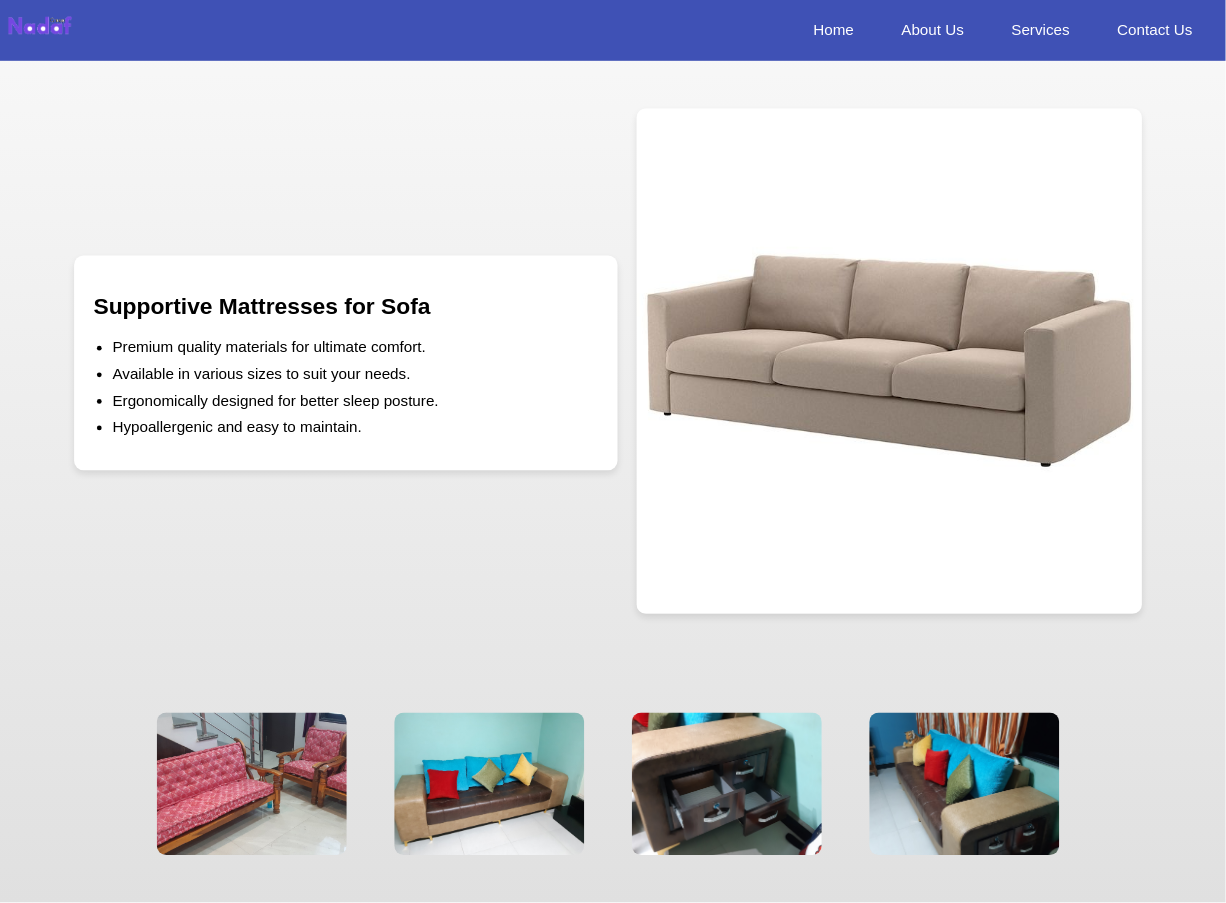
Repository: nadafgroup/rashidgadiUI
Page: src/sofa.html
These files come from the project's save history. The page is drawn as it stood at one moment and after a run of saves; the edit follows.
The browser window is 1280 px wide. The page is 1290 px wide, so the pictures cover 1290 px, including what lies to the right of the window. The pictures show the whole page, at 95% of full size.

Above is the page before, as saved 2025-01-23 16:14:30.

After the next 2 saves:
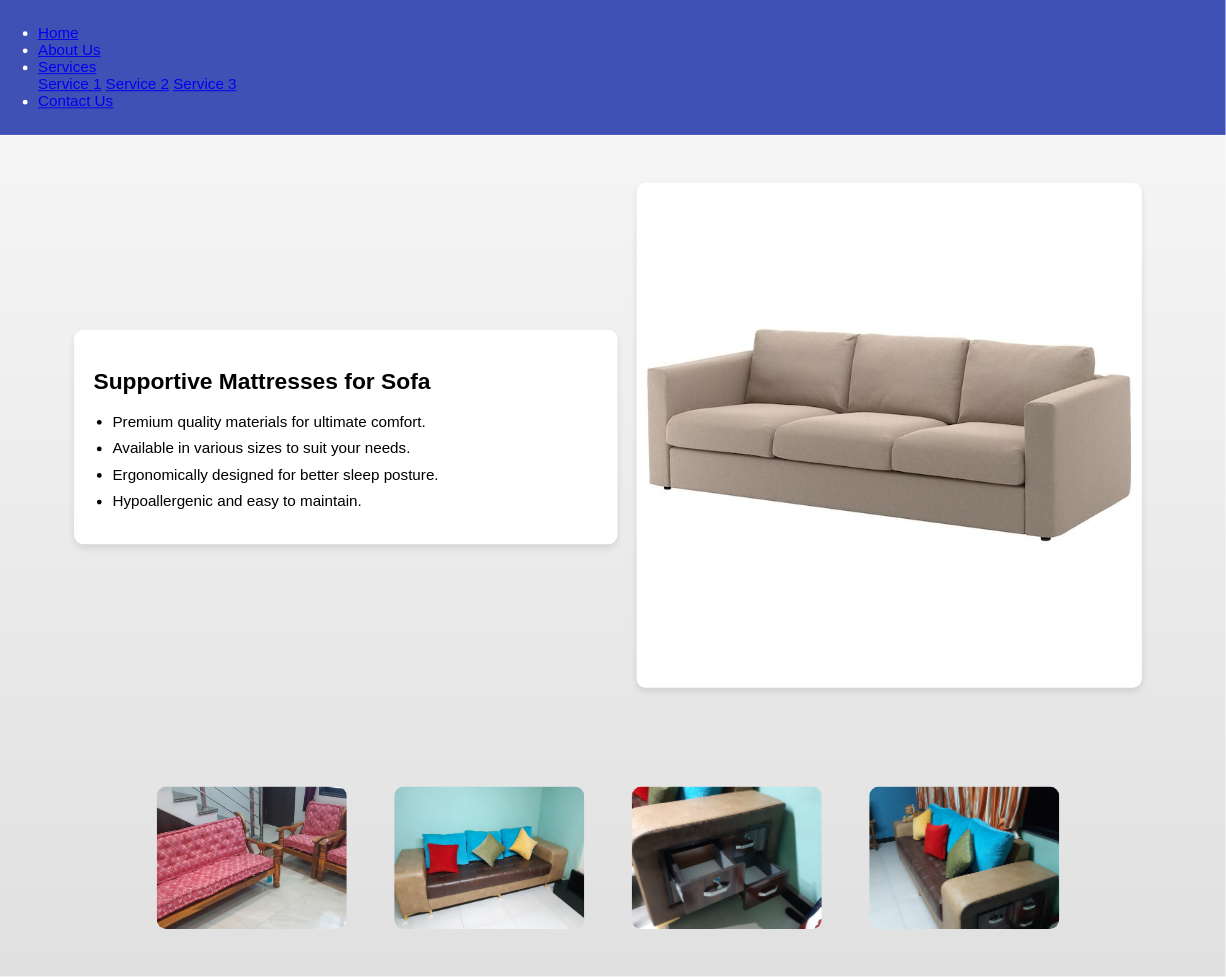
The 2 saves are shown as one change because they came seconds apart.
The last was saved 11 s later.
--- a/src/sofa.html
+++ b/src/sofa.html
@@ -8,11 +8,9 @@
 </head>
 <body>
     <header>
+
+
         <div class="nav-right">
-            <img src="../assets/img/logo.png" alt="Logo">
-        </div>
-
-        <div class="nav-left">
             <ul>
                 <li><a href="#">Home</a></li>
                 <li><a href="#">About Us</a></li>
